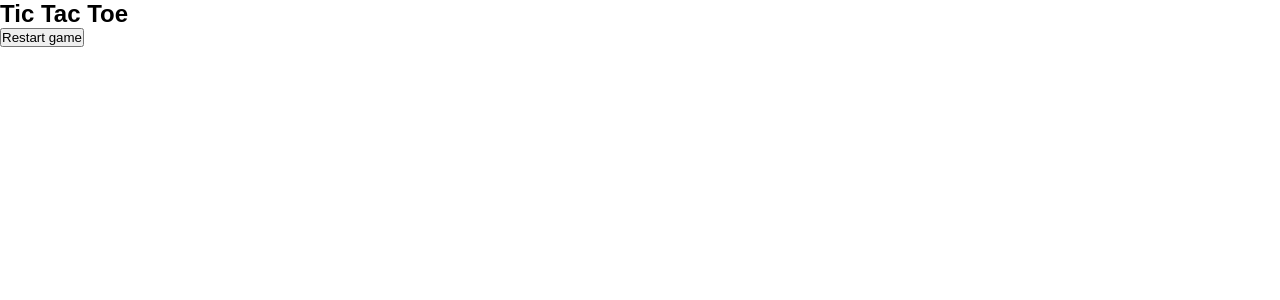
Repository: DuongThanhLong/Tic-Tac-Toe
Page: index.html
These files come from the project's save history. The page is drawn as it stood at one moment and after the next save; the edit follows.
The browser window is 1280 px wide. The pictures show the whole page.

Above is the page before, as saved 2021-09-26 17:52:13.

### index.html
<!DOCTYPE html>
<html lang="en">

<head>
    <meta charset="UTF-8">
    <meta http-equiv="X-UA-Compatible" content="IE=edge">
    <meta name="viewport" content="width=device-width, initial-scale=1.0">
    <title>Tic Tac Toe Game</title>
    <link rel="stylesheet" href="style.css">
</head>

<body>
    <section>
        <h1 class="game-title">Tic Tac Toe</h1>
        <div class="game-container">
            <div data-cell-index="0" class="cell"></div>
            <div data-cell-index="1️" class="cell"></div>
            <div data-cell-index="2" class="cell"></div>
            <div data-cell-index="3" class="cell"></div>
            <div data-cell-index="4" class="cell"></div>
            <div data-cell-index="5" class="cell"></div>
            <div data-cell-index="6" class="cell"></div>
            <div data-cell-index="7" class="cell"></div>
            <div data-cell-index="8" class="cell"></div>
        </div>
        <h2 class="game-status"></h2>
        <button class="game-restart">Restart game</button>
    </section>
    <script src="script.js"></script>
</body>

</html>

### style.css
* {
    margin: 0;
    padding: 0;
    box-sizing: border-box;
}

body {
    font-family: "Arial", sans-serif;
}

Loaded but not shown: script.js (no copy from this time; the picture is the same without it)

After the next save:
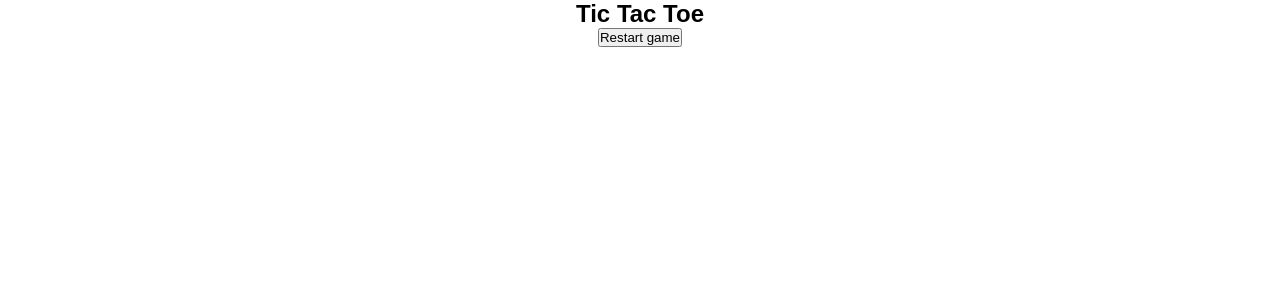
Saved 50 s later.
--- a/style.css
+++ b/style.css
@@ -7,3 +7,14 @@
 body {
     font-family: "Arial", sans-serif;
 }
+
+section {
+    text-align: center;
+}
+
+.game-container {
+    display: grid;
+    grid-template-columns: repeat(3, auto);
+    width: 306px;
+    margin 50px auto;
+}
